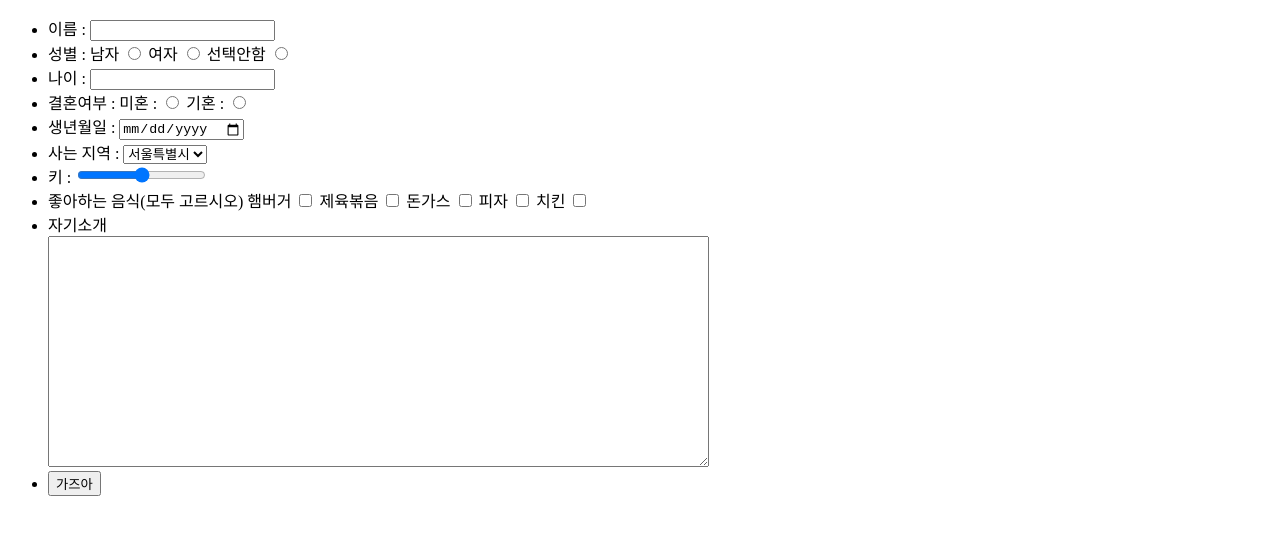
Repository: ghksl0204-shapa/dynamic-web
Page: MyFirstWebProject/src/main/webapp/views/request_get2.html
An editor plug-in stored every save of this project. The page is shown before and after the next save, followed by the edit.
The browser window is 1280 px wide. The pictures show the whole page.

Above is the page before, as saved 2026-05-04 08:27:33.

After the next save:
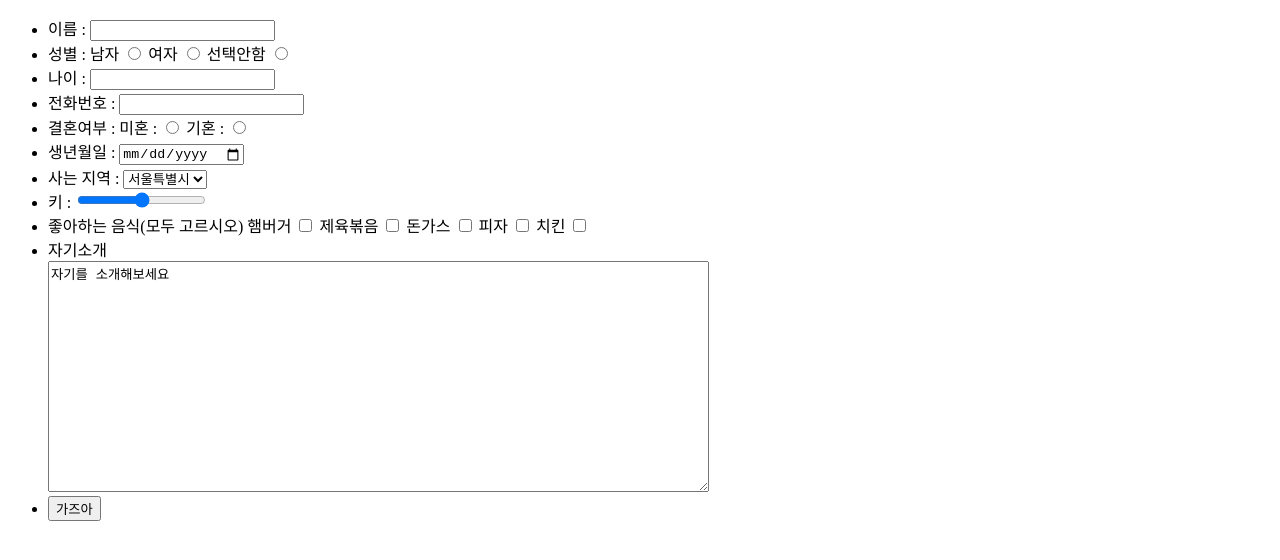
Saved 3 min 4 s later.
--- a/MyFirstWebProject/src/main/webapp/views/request_get2.html
+++ b/MyFirstWebProject/src/main/webapp/views/request_get2.html
@@ -21,12 +21,15 @@
 				나이 : <input type="number" name="age" />
 			</li>
 			<li>
-				결혼여부 :
-				미혼 : <input type="radio" name="married">
-				기혼 : <input type="radio" name="married">
+				전화번호 : <input type="number" name="phonenumber" />
 			</li>
 			<li>
-				생년월일 : <input type="date" name="birthDate">
+				결혼여부 :
+				미혼 : <input type="radio" name="married" />
+				기혼 : <input type="radio" name="married" />
+			</li>
+			<li>
+				생년월일 : <input type="date" name="birthDate" />
 			</li>
 			<li>
 				사는 지역 :
@@ -63,7 +66,7 @@
 			</li>
 			<li>
 				자기소개 <br>
-				<textarea rows="15" cols="80" name="introduce"></textarea>
+				<textarea rows="15" cols="80" name="introduce">자기를 소개해보세요</textarea>
 			</li>
 			<li>
 				<button type="submit">가즈아</button>
